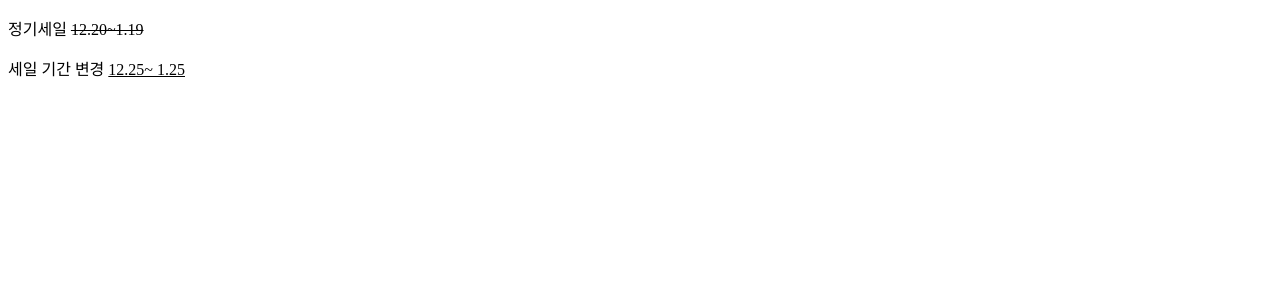
Repository: masima305/html_study
Page: Ex_1220/WebContent/day1/ins_del.html
The author's editor kept a copy of each file at every save. The page is drawn from the files as they stood at one save, then again after the next save.
The browser window is 1280 px wide. The pictures show the whole page.

Above is the page before, as saved 2017-12-20 05:23:32.

After the next save:
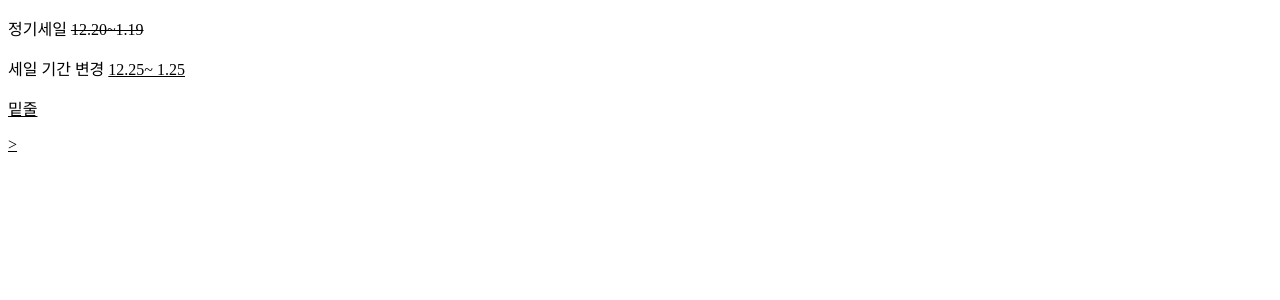
Saved 108 s later.
--- a/Ex_1220/WebContent/day1/ins_del.html
+++ b/Ex_1220/WebContent/day1/ins_del.html
@@ -4,9 +4,13 @@
 		<meta charset="UTF-8">
 		<title>추가/삭제 태크</title>
 	</head>
-<body>
-	<p> 정기세일 <del>12.20~1.19 </del></p>
-	<p> 세일 기간 변경 <ins>12.25~ 1.25 </ins></p>
+	<body>
+		<p> 정기세일 <del>12.20~1.19 </del></p>
+		<p> 세일 기간 변경 <ins>12.25~ 1.25 </ins></p>
 
-</body>
+	<ins>
+		<p>밑줄</p>>
+	</ins>
+
+	</body>
 </html>
